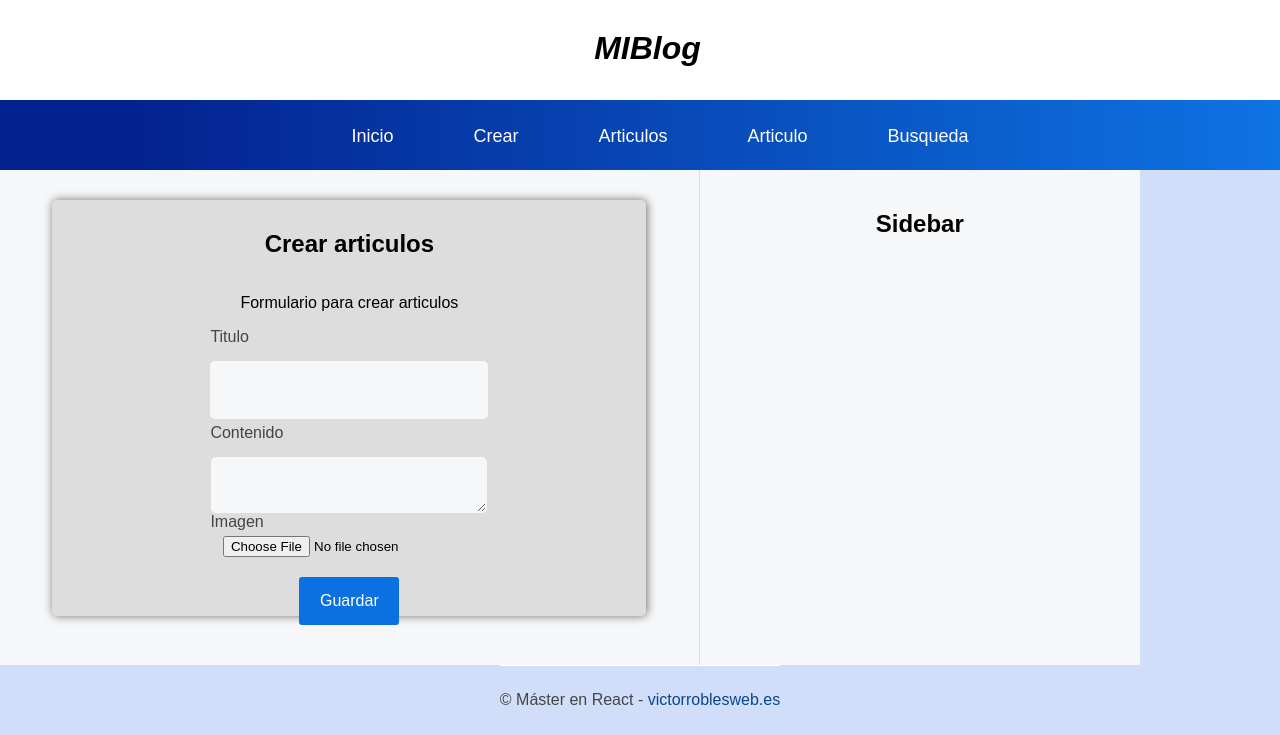
Repository: DamianBermudez94/frondEnd-blog
Page: /crear
These files come from the project's save history. The page is drawn as it stood at one moment and after the next save; the edit follows.
The browser window is 1280 px wide. The pictures show the whole page.
The project was rebuilt for these pictures with package versions that can differ from the ones it lists, and the page was loaded fresh each time. Also part of the build but not shown: vite.config.js, src/components/pages/Inicio.jsx, src/components/pages/Busqueda.jsx, src/helper/Global.jsx, src/helper/Peticion.jsx, src/components/pages/Listado.jsx, src/components/pages/Articulos.jsx, src/components/pages/Articulo.jsx.

Above is the page before, as saved 2023-08-14 19:28:41.

After the next save:
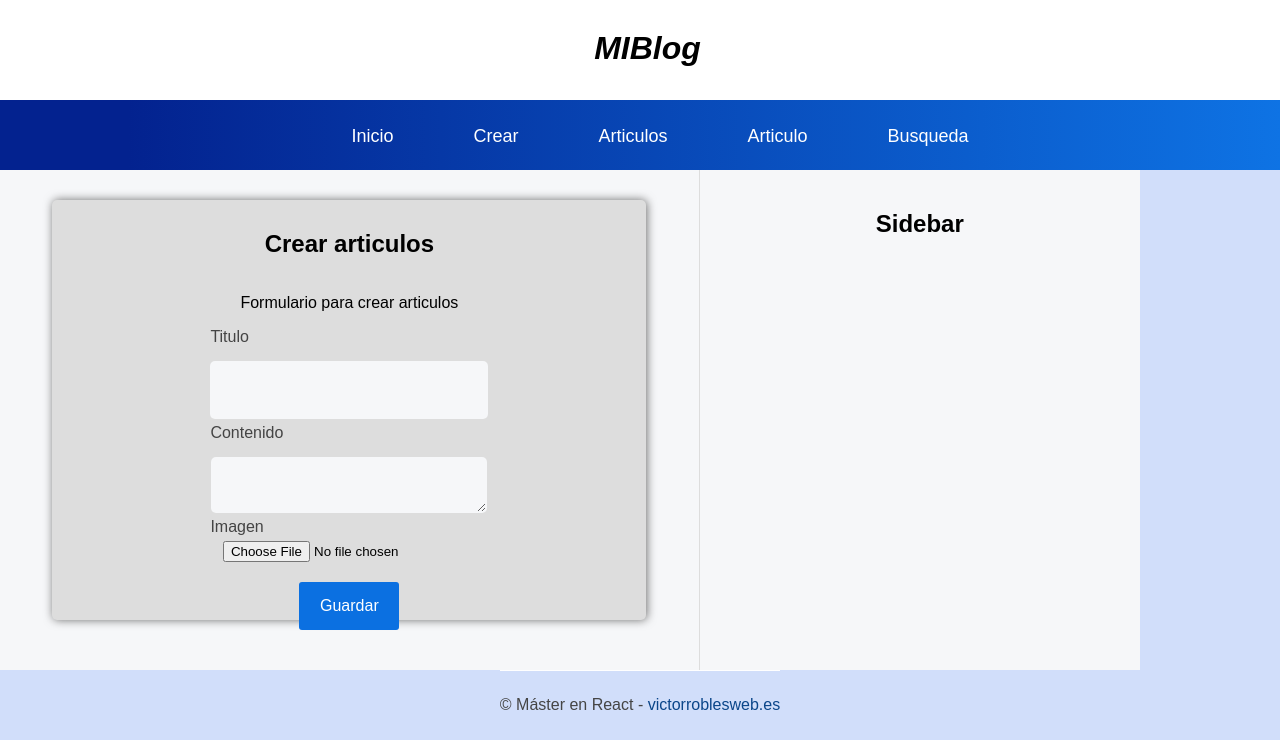
Saved 41 s later.
--- a/src/index.css
+++ b/src/index.css
@@ -290,7 +290,8 @@ textarea
   color: #444;
   margin-bottom: 5px;
 }
-.grup-form input{
+.grup-form input,
+.grup-form textarea{
 
    margin-bottom: 5px;
  }
